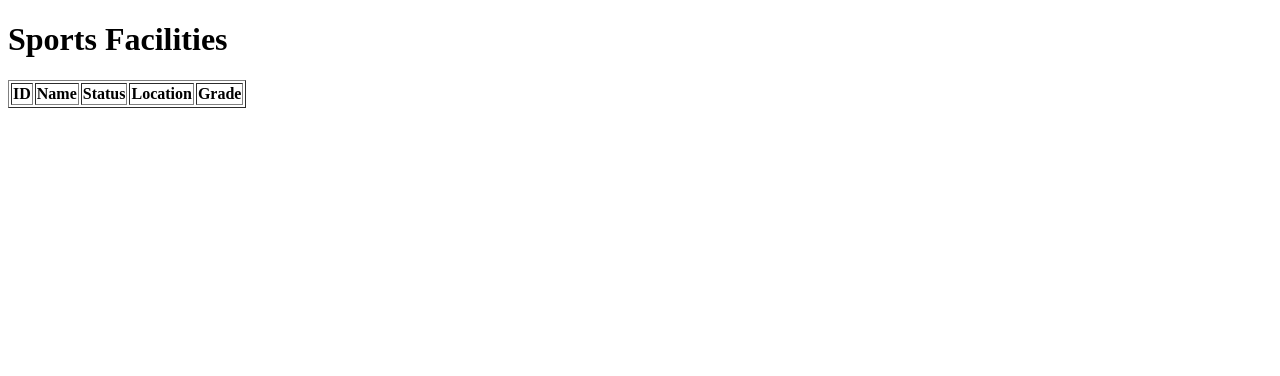
Repository: markovicuros/Fitpass-web
Page: FitnessCenter/WebContent/index.html
An editor plug-in stored every save of this project. The page is shown before and after the next save, followed by the edit.
The browser window is 1280 px wide. The pictures show the whole page.
The page's requests for data from a server got no answer.

Above is the page before, as saved 2022-06-19 20:56:38.

### FitnessCenter/WebContent/index.html
<!DOCTYPE html>
<html>
    <head>
    <title>Sports Facilities</title>
    <meta charset="UTF-8" />
    <!--  <link rel="stylesheet" type="text/css" href="styles.css" />-->

    </head>

    <body>
    <div id="sportsFacilities">

    <h1>{{title}}</h1>
    <table border="1" id="tabela">
        <thead>
            <tr>
                <th>ID</th>
                <th>Name</th>
                <th>Status</th>
                <th>Location</th>
                <th>Grade</th>
            </tr>
        </thead>

        <tr v-for="sf in sportFacilities">

            <td>{{sf.sportFacilityId}}</td>
            <td>{{sf.name}}</td>
            <td>{{convertStatus(sf)}}</td>
            <td>{{sf.location}}</td>
            <td>{{sf.averageGrade}}</td>

        </tr>


    </table>
    </div>

    <script src="js/vue.js"></script>
    <script src="js/axios.js"></script>
    <script type="app/app.js"></script>
    <script src="app/sportsFacilities.js"></script>
    </body>

</html>

### FitnessCenter/WebContent/app/sportsFacilities.js
var sportFacilities = new Vue({
    el:'#sportsFacilities',
    data:{
        sportFacilities: null,
        title: "Sports Facilities"
    },
    mounted(){
        axios.get('rest/facilities/GetAll')
             .then(response =>(this.sportFacilities = response.data))
    },
    methods:{
		convertStatus: function(sf) {

			if(sf.isWorking===true)
				return "Radi";
				else
				return "Ne radi";
		}
    }
});

Loaded but not shown: FitnessCenter/WebContent/js/vue.js (library); FitnessCenter/WebContent/js/axios.js (1660 lines, source omitted)

After the next save:
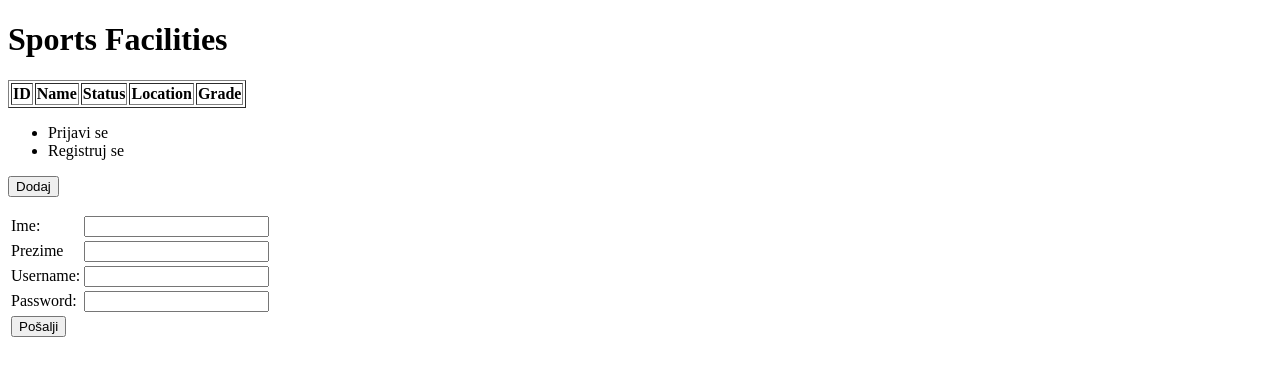
Saved 62 min 54 s later.
--- a/FitnessCenter/WebContent/index.html
+++ b/FitnessCenter/WebContent/index.html
@@ -34,6 +34,53 @@
 
 
     </table>
+
+    </div>
+     <div class="nav-bar">
+    	<ul>
+    		<li v-on:click="login"><span class="glyphicon glyphicon-log-in"></span>Prijavi se</li>
+    		<li v-on:click="register"><span class="glyphicon glyphicon-user"></span>Registruj se</li>
+    	</ul>
+
+     <p>
+				<button v-on:click="showForm()">Dodaj</button>
+			</p>
+
+			<form id="forma" @submit="createOrEditProduct" v-bind:hidden="mode=='BROWSE'">
+
+				<table>
+					<tr>
+						<td>Ime:</td>
+						<td><input v-bind:disabled="mode!='CREATE'" type="text" name="name"
+							v-model="user.name" /></td>
+					</tr>
+
+					<tr>
+						<td>Prezime</td>
+						<td><input type="text" name="name"
+							v-model="user.surname" />
+						</td>
+					</tr>
+
+					<tr>
+						<td>Username:</td>
+						<td><input type="text" name="name"
+							v-model="user.username" />
+						</td>
+					</tr>
+
+					<tr>
+						<td>Password:</td>
+						<td><input type="text" name="name"
+							v-model="user.password" />
+						</td>
+					</tr>
+					<tr>
+						<td><input type="submit" value="Pošalji" /></td>
+
+					</tr>
+				</table>
+			</form>
     </div>
 
     <script src="js/vue.js"></script>
